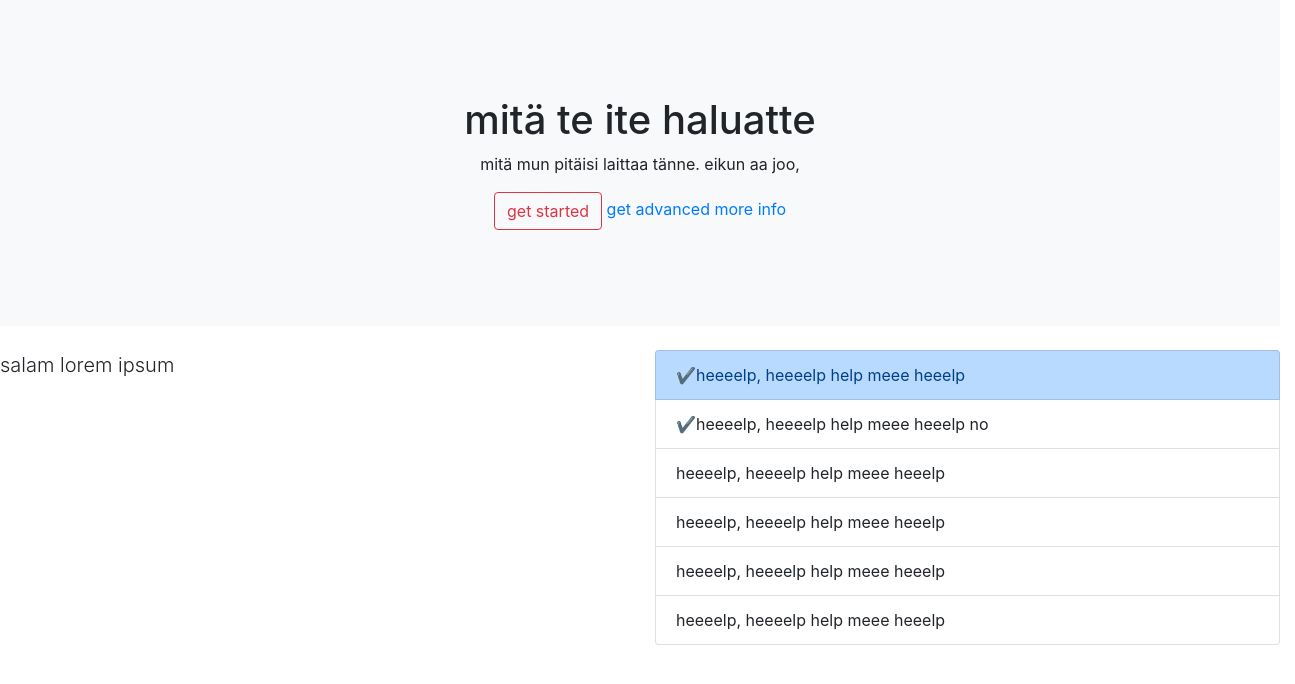
Repository: jessehapuli/jessehapuli.github.io
Page: Bootstrap/index.html
An editor plug-in stored every save of this project. The page is shown before and after the next save, followed by the edit.
The browser window is 1280 px wide. The page is 1295 px wide, so the pictures cover 1295 px, including what lies to the right of the window. The pictures show the whole page.

Above is the page before, as saved 2024-04-24 11:03:26.

### Bootstrap/index.html
<!doctype html>
<html lang="en">
  <head>
    <!-- Required meta tags -->
    <meta charset="utf-8">
    <meta name="viewport" content="width=device-width, initial-scale=1, shrink-to-fit=no">

    <!-- Bootstrap CSS -->
    <link rel="stylesheet" href="https://cdn.jsdelivr.net/npm/bootstrap@4.6.2/dist/css/bootstrap.min.css" integrity="sha384-xOolHFLEh07PJGoPkLv1IbcEPTNtaed2xpHsD9ESMhqIYd0nLMwNLD69Npy4HI+N" crossorigin="anonymous">

    <title>Hello, world!</title>
  </head>
  <body>

    <section class="container-fluid bg-light text-center">
      <div class="rov d-flex justify-content-center">
        <div class="col-md-6 my-5 py-lg-5">
          <h1>mitä te ite haluatte</h1>
          <p>mitä mun pitäisi laittaa tänne. eikun aa joo, </p>
          <a class="btn btn-outline-danger" href="piercing">get started</a>
          <a href="">get advanced</a>
          <a href="">more info</a>
        </div>
      </div>
    </section>

    <sectio class="container">
      <div class="row">
        <div class="col-md-6">
          <p class="lead">salam lorem ipsum</p>
        </div>
        <div class="col-md-6">
          <ul class="list-group">
            <li class="list-group-item list-group-item-primary"><span>&#10004;</span>heeeelp, heeeelp help meee heeelp</li>
            <li class="list-group-item"><span>&#10004;</span>heeeelp, heeeelp help meee heeelp no</li>
            <li class="list-group-item">heeeelp, heeeelp help meee heeelp</li>
            <li class="list-group-item">heeeelp, heeeelp help meee heeelp</li>
            <li class="list-group-item">heeeelp, heeeelp help meee heeelp</li>
            <li class="list-group-item">heeeelp, heeeelp help meee heeelp</li>
          </ul>
        </div>
      </div>
    </section>

    <!-- Optional JavaScript; choose one of the two! -->

    <!-- Option 1: jQuery and Bootstrap Bundle (includes Popper) -->
    <script src="https://cdn.jsdelivr.net/npm/jquery@3.5.1/dist/jquery.slim.min.js" integrity="sha384-DfXdz2htPH0lsSSs5nCTpuj/zy4C+OGpamoFVy38MVBnE+IbbVYUew+OrCXaRkfj" crossorigin="anonymous"></script>
    <script src="https://cdn.jsdelivr.net/npm/bootstrap@4.6.2/dist/js/bootstrap.bundle.min.js" integrity="sha384-Fy6S3B9q64WdZWQUiU+q4/2Lc9npb8tCaSX9FK7E8HnRr0Jz8D6OP9dO5Vg3Q9ct" crossorigin="anonymous"></script>

    <!-- Option 2: Separate Popper and Bootstrap JS -->
    <!--
    <script src="https://cdn.jsdelivr.net/npm/jquery@3.5.1/dist/jquery.slim.min.js" integrity="sha384-DfXdz2htPH0lsSSs5nCTpuj/zy4C+OGpamoFVy38MVBnE+IbbVYUew+OrCXaRkfj" crossorigin="anonymous"></script>
    <script src="https://cdn.jsdelivr.net/npm/popper.js@1.16.1/dist/umd/popper.min.js" integrity="sha384-9/reFTGAW83EW2RDu2S0VKaIzap3H66lZH81PoYlFhbGU+6BZp6G7niu735Sk7lN" crossorigin="anonymous"></script>
    <script src="https://cdn.jsdelivr.net/npm/bootstrap@4.6.2/dist/js/bootstrap.min.js" integrity="sha384-+sLIOodYLS7CIrQpBjl+C7nPvqq+FbNUBDunl/OZv93DB7Ln/533i8e/mZXLi/P+" crossorigin="anonymous"></script>
    -->
  </body>
</html>

After the next save:
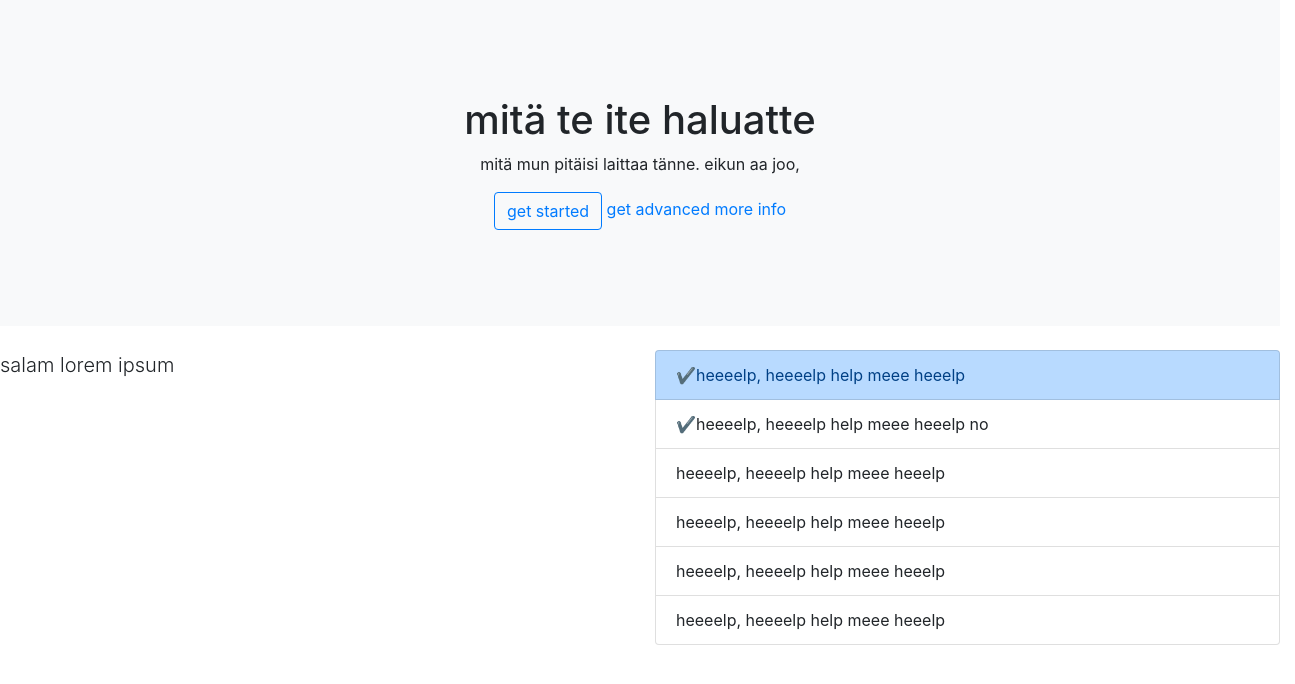
Saved 46 s later.
--- a/Bootstrap/index.html
+++ b/Bootstrap/index.html
@@ -17,7 +17,7 @@
         <div class="col-md-6 my-5 py-lg-5">
           <h1>mitä te ite haluatte</h1>
           <p>mitä mun pitäisi laittaa tänne. eikun aa joo, </p>
-          <a class="btn btn-outline-danger" href="piercing">get started</a>
+          <a class="btn btn-outline-primary" href="piercing">get started</a>
           <a href="">get advanced</a>
           <a href="">more info</a>
         </div>
